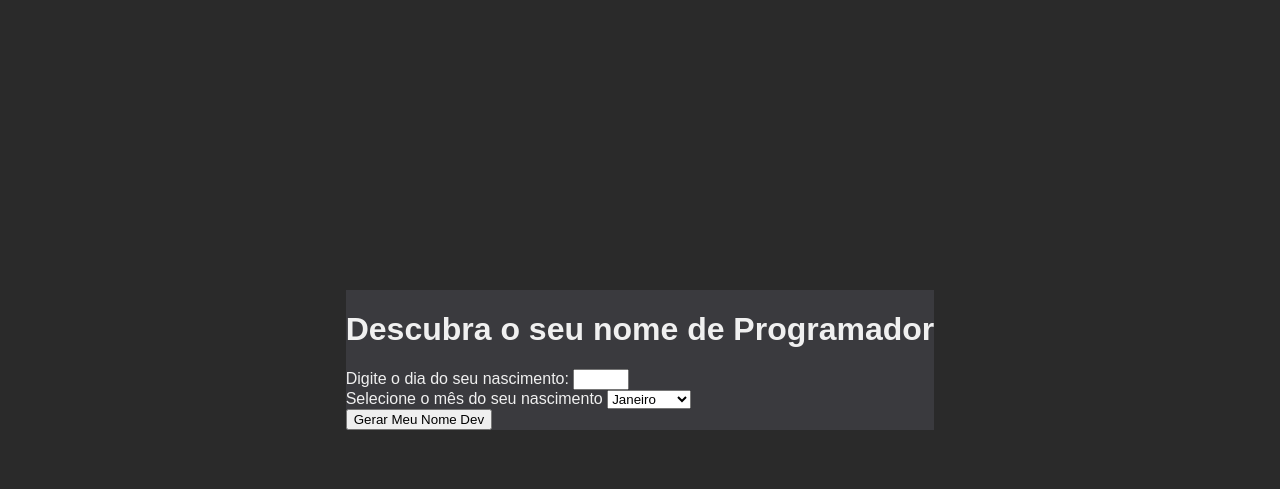
Repository: analessp/seu-nome-dev
Page: index.html
The author's editor kept a copy of each file at every save. The page is drawn from the files as they stood at one save, then again after a run of saves.
The browser window is 1280 px wide. The pictures show the whole page.

Above is the page before, as saved 2025-05-13 10:47:28.

### index.html
<!DOCTYPE html>
<html lang="pt-BR">
<head>
    <meta charset="UTF-8">
    <meta name="viewport" content="width=device-width, initial-scale=1.0">
    <title>Seu Nome Dev</title>
    <link rel="stylesheet" href="styles.css">
</head>
<body>
    <div class="container">
        <h1>Descubra o seu nome de Programador</h1>
        <div class="form-group">
            <label for="dia">Digite o dia do seu nascimento:</label>
            <input type="number" id="dia" min="1" max="31">
        </div>
        <div class="form-group">
            <label for="mes">Selecione o mês do seu nascimento</label>
            <select id="mes">
                <option value="1">Janeiro</option>
                <option value="2">Fevereiro</option>
                <option value="3">Março</option>
                <option value="4">Abril</option>
                <option value="5">Maio</option>
                <option value="6">Junho</option>
                <option value="7">Julho</option>
                <option value="8">Agosto</option>
                <option value="9">Setembro</option>
                <option value="10">Outubro</option>
                <option value="11">Novembro</option>
                <option value="12">Dezembro</option>
            </select>
        </div>
        <button onclick="gerarNomeDev()">Gerar Meu Nome Dev</button>
        <div class="resultado" id="resultado"></div>
    </div>
    <script src="app.js"></script>
</body>
</html>

### styles.css
body {
    background-color: #2a2a2a;
    color: #f0f0f0;
    font-family: "Nunito", sans-serif;
    display: flex;
    justify-content: center;
    align-items: center;
    height: 100vh;
    margin: 0;
}

.container {
    background-color: #3a3a3e;

}

Loaded but not shown: app.js (no copy from this time; the picture is the same without it)

After the next 4 saves:
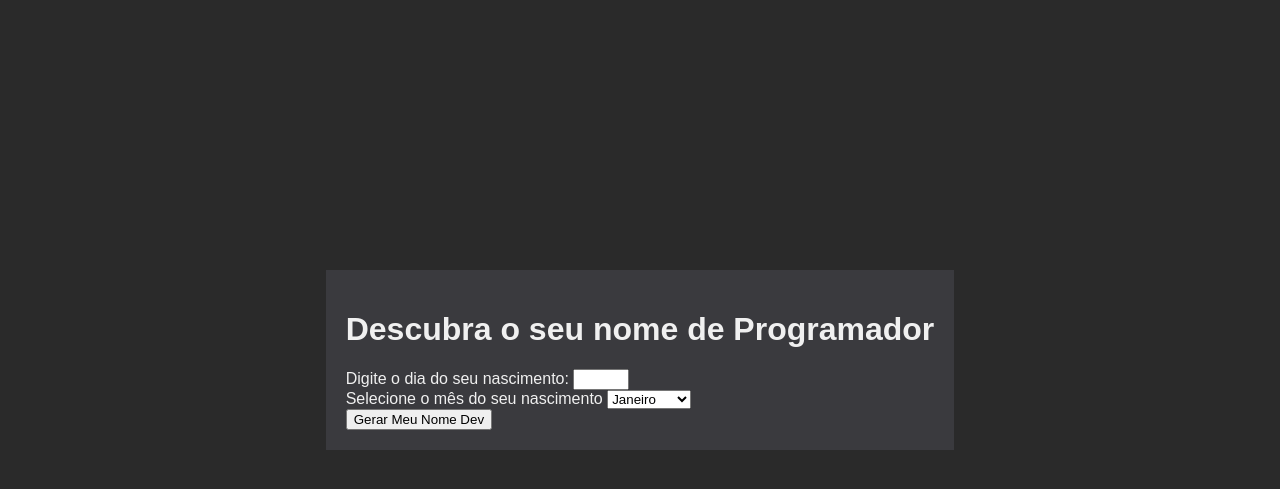
The 4 saves are shown as one change because they came seconds apart.
The last was saved 25 s later.
--- a/styles.css
+++ b/styles.css
@@ -11,5 +11,7 @@ body {
 
 .container {
     background-color: #3a3a3e;
+    padding: 20px;
+    bord
 
 }
